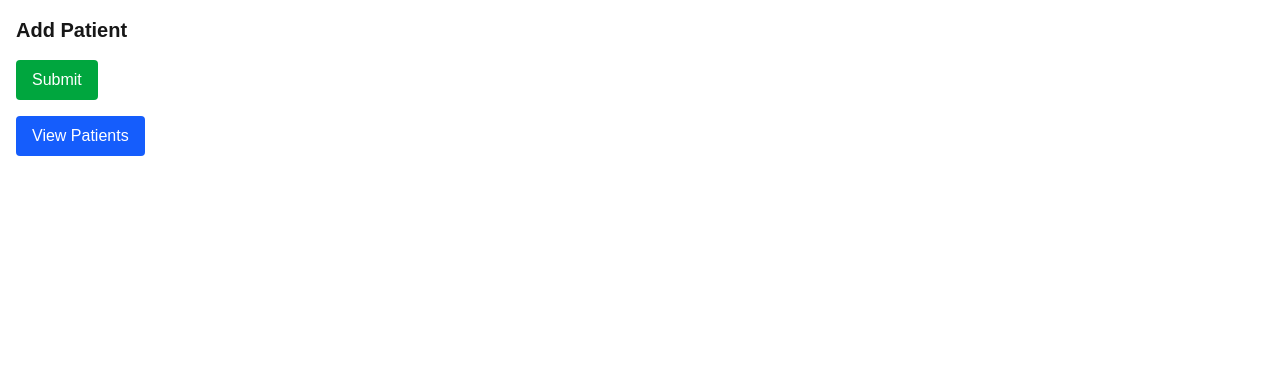
Repository: DangerCR7/patient-crud-app
Page: /patient-form (app in patient-crud-ui/)
An editor plug-in stored every save of this project. The page is shown before and after a run of saves, followed by the edit.
The browser window is 1280 px wide. The pictures show the whole page.
The project was rebuilt for these pictures with package versions that can differ from the ones it lists, and the page was loaded fresh each time. The framework's server and built-in components were replaced by stand-ins that run in the browser. Also part of the build but not shown: patient-crud-ui/next.config.mjs.

Above is the page before, as saved 2025-07-14 19:12:42.

After the next 2 saves:
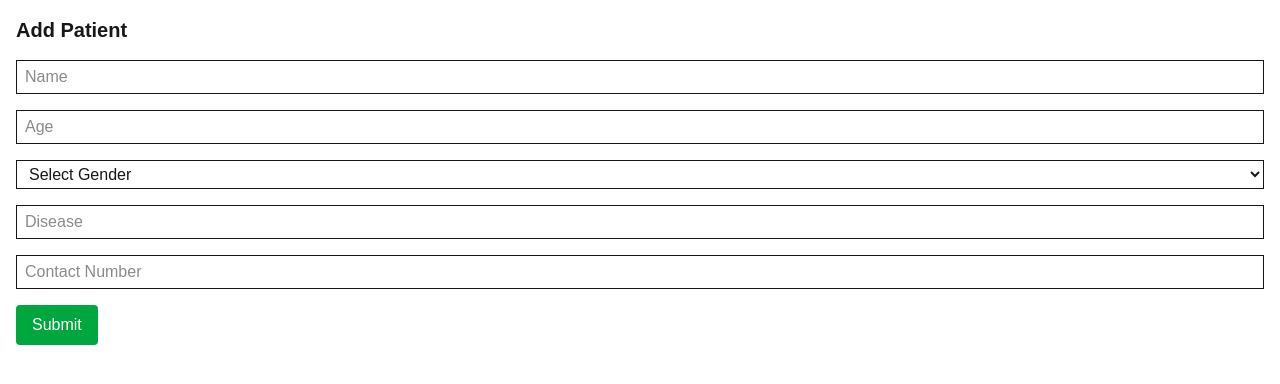
The 2 saves are shown as one change because 1 did not build or start.
The last was saved 8 min 47 s later.
--- a/patient-crud-ui/src/app/patient-form/page.js
+++ b/patient-crud-ui/src/app/patient-form/page.js
@@ -1,11 +1,14 @@
-// src/app/patient-form/page.js
-'use client';
-
+import Link from 'next/link'; 'use client';
 import React, { useState } from 'react';
-import Link from 'next/link'; // ✅ import it here
 
 export default function PatientForm() {
-  const [form, setForm] = useState({ name: '', age: '', gender: '' });
+  const [form, setForm] = useState({
+    name: '',
+    age: '',
+    gender: '',
+    disease: '',
+    contact: ''
+  });
 
   const handleChange = (e) => {
     setForm({ ...form, [e.target.name]: e.target.value });
@@ -14,22 +17,19 @@ export default function PatientForm() {
   const handleSubmit = async (e) => {
     e.preventDefault();
     try {
-      const response = await fetch("http://localhost:8080/api/patients", {
-        method: "POST",
+      const res = await fetch('http://localhost:8080/api/patients', {
+        method: 'POST',
         headers: {
-          "Content-Type": "application/json"
+          'Content-Type': 'application/json'
         },
         body: JSON.stringify(form)
       });
 
-      if (response.ok) {
-        alert("Patient added successfully!");
-        setForm({ name: '', age: '', gender: '' });
-      } else {
-        alert("Failed to add patient.");
-      }
+      if (!res.ok) throw new Error('Failed to add patient');
+      alert('Patient added successfully!');
     } catch (error) {
-      console.error("Error adding patient:", error);
+      console.error(error);
+      alert('Error adding patient');
     }
   };
 
@@ -37,20 +37,17 @@ export default function PatientForm() {
     <div className="container mx-auto p-4">
       <h1 className="text-xl font-semibold mb-4">Add Patient</h1>
       <form onSubmit={handleSubmit} className="space-y-4">
-        {/* form fields here */}
-        <button type="submit" className="bg-green-600 text-white px-4 py-2 rounded">
-          Submit
-        </button>
+        <input type="text" name="name" placeholder="Name" value={form.name} onChange={handleChange} className="border px-2 py-1 w-full" required />
+        <input type="number" name="age" placeholder="Age" value={form.age} onChange={handleChange} className="border px-2 py-1 w-full" required />
+        <select name="gender" value={form.gender} onChange={handleChange} className="border px-2 py-1 w-full" required>
+          <option value="">Select Gender</option>
+          <option value="male">Male</option>
+          <option value="female">Female</option>
+        </select>
+        <input type="text" name="disease" placeholder="Disease" value={form.disease} onChange={handleChange} className="border px-2 py-1 w-full" />
+        <input type="text" name="contact" placeholder="Contact Number" value={form.contact} onChange={handleChange} className="border px-2 py-1 w-full" />
+        <button type="submit" className="bg-green-600 text-white px-4 py-2 rounded">Submit</button>
       </form>
-
-      {/* 🔗 Navigation Button */}
-      <div className="mt-4">
-        <Link href="/patients">
-          <button className="bg-blue-600 text-white px-4 py-2 rounded">
-            View Patients
-          </button>
-        </Link>
-      </div>
     </div>
   );
 }
